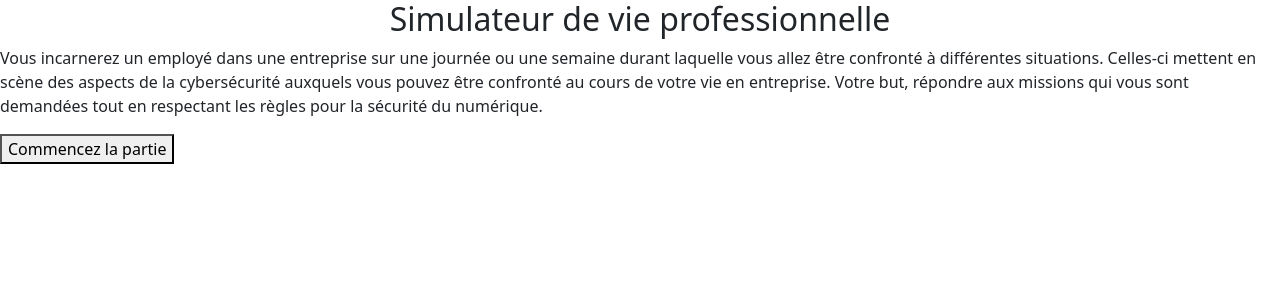
Repository: Geleetz/Workshop-I1-EPSI
Page: http://localhost/
These files come from the project's save history. The page is drawn as it stood at one moment and after the next save; the edit follows.
The browser window is 1280 px wide. The pictures show the whole page.
The page is run by PHP 8.4 with error messages shown; the project is at /var/www/html/.

Above is the page before, as saved 2021-09-28 10:41:13.

### index.php
<!doctype html>
<html lang="fr">

<head>
  <!-- Required meta tags -->
  <meta charset="utf-8">
  <meta name="viewport" content="width=device-width, initial-scale=1, shrink-to-fit=no">
  <!-- Ajout des librairies CSS -->
  <link href="https://cdn.jsdelivr.net/npm/bootstrap@5.1.1/dist/css/bootstrap.min.css" rel="stylesheet" integrity="sha384-F3w7mX95PdgyTmZZMECAngseQB83DfGTowi0iMjiWaeVhAn4FJkqJByhZMI3AhiU" crossorigin="anonymous">
  <title>Workshop - Accueil</title>

</head>

<body>
  <h2 class="text-center">Simulateur de vie professionnelle</h2>
  <p class="text-justify">Vous incarnerez un employé dans une entreprise sur une journée ou une semaine durant laquelle vous allez être confronté à
    différentes situations. Celles-ci mettent en scène des aspects de la cybersécurité auxquels vous pouvez être confronté au
    cours de votre vie en entreprise. Votre but, répondre aux missions qui vous sont demandées tout en respectant les règles pour
    la sécurité du numérique.</p>
  <form>
    <!--type="submit" formaction="https://fr.w3docs.com/"-->
    <button >Commencez la partie</button>
  </form>
</body>
<!-- Ajout des librairies JS -->
<script src="https://cdn.jsdelivr.net/npm/bootstrap@5.1.1/dist/js/bootstrap.bundle.min.js" integrity="sha384-/bQdsTh/da6pkI1MST/rWKFNjaCP5gBSY4sEBT38Q/9RBh9AH40zEOg7Hlq2THRZ" crossorigin="anonymous"></script>

</html>

After the next save:
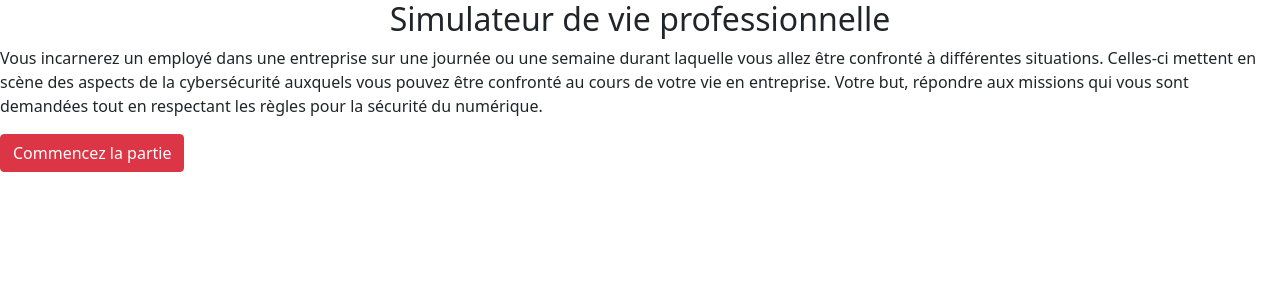
Saved 27 s later.
--- a/index.php
+++ b/index.php
@@ -19,7 +19,7 @@
     la sécurité du numérique.</p>
   <form>
     <!--type="submit" formaction="https://fr.w3docs.com/"-->
-    <button >Commencez la partie</button>
+      <button type="button" class="btn btn-danger">Commencez la partie</button>
   </form>
 </body>
 <!-- Ajout des librairies JS -->
